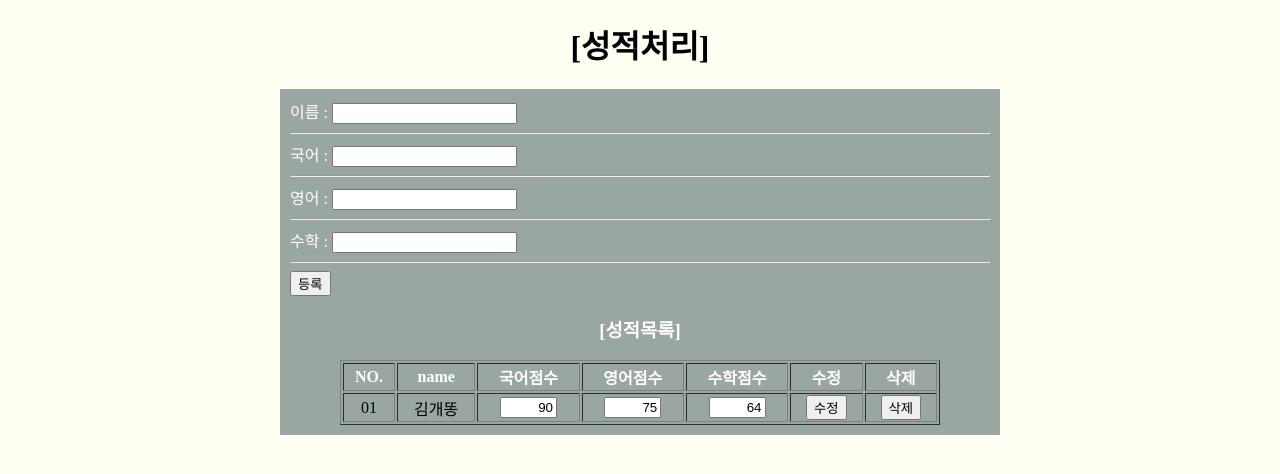
Repository: odasd/Ark-html
Page: http://localhost/ex01/list.jsp
These files come from the project's save history. The page is drawn as it stood at one moment and after the next save; the edit follows.
The browser window is 1280 px wide. The pictures show the whole page.
The page is served by Tomcat 9.

Above is the page before, as saved 2020-04-17 01:40:54.

After the next save:
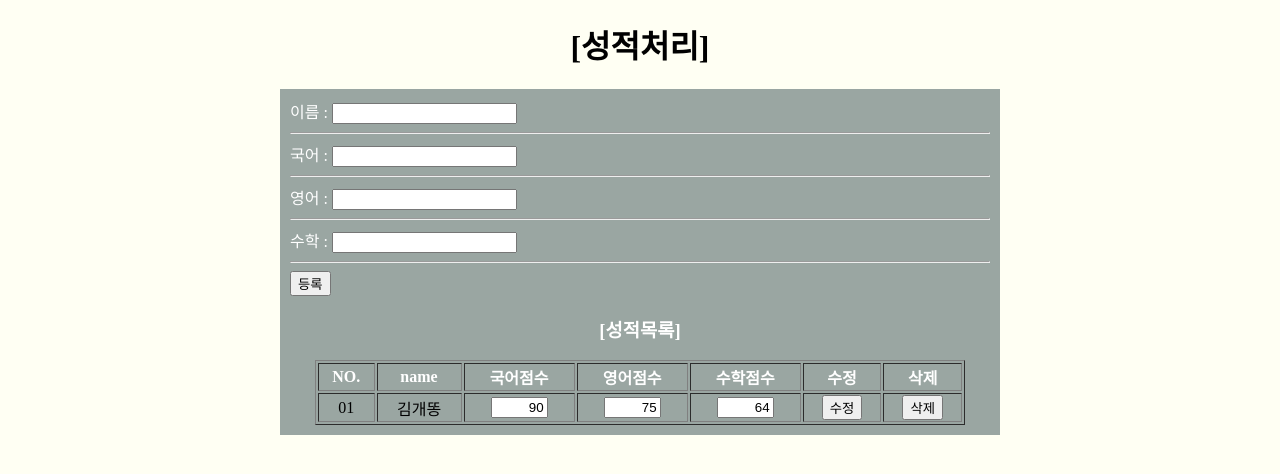
Saved 12 s later.
--- a/20200417/ex01/WebContent/list.jsp
+++ b/20200417/ex01/WebContent/list.jsp
@@ -28,7 +28,7 @@
 		<hr>
 		<input type="button" value="등록" id="btninsert">
 		<h3>[성적목록]</h3>
-		<table border=1 width=600 id="tbl">
+		<table border=1 width=650 id="tbl">
 			<tr class="title">
 				<th>NO.</th>
 				<th>name</th>
